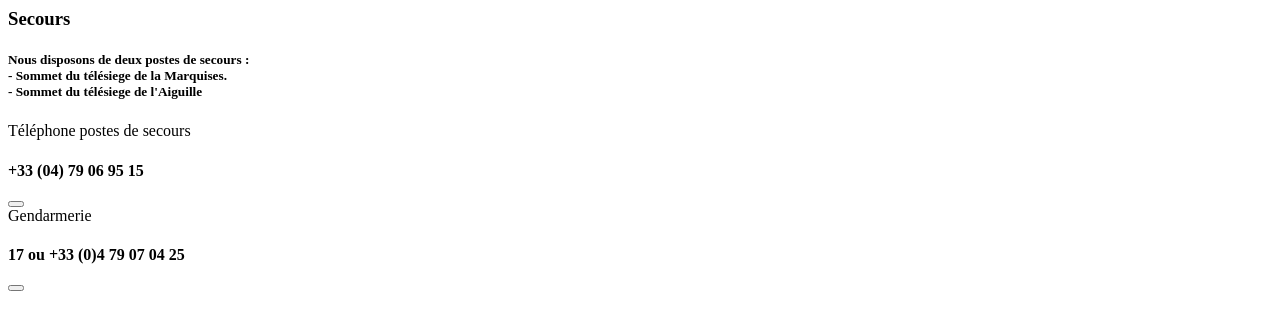
Repository: numericgraphics/Rosiere_Service
Page: www/templates/secours.html
The author's editor kept a record of every edit. The page is drawn from the files as they stood at one moment, then again after the next edit.
The browser window is 1280 px wide. The pictures show the whole page.

Above is the page before.

After the next edit:
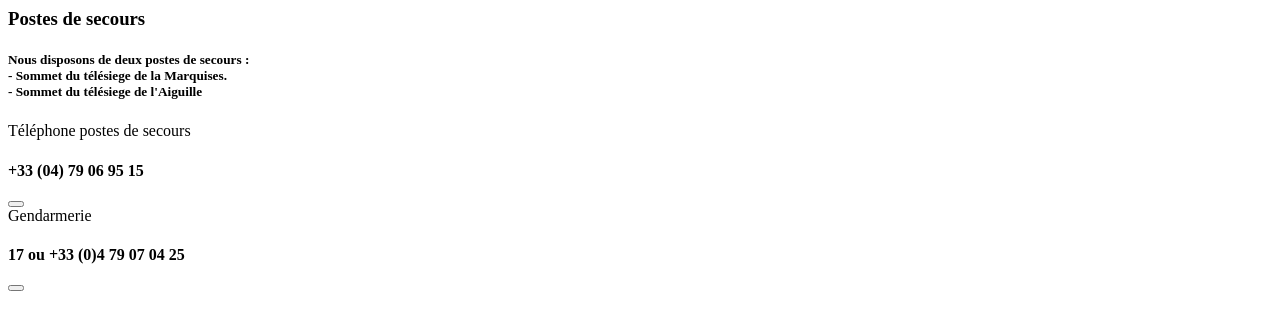
The edit:
--- a/www/templates/secours.html
+++ b/www/templates/secours.html
@@ -6,7 +6,7 @@
         <ion-content has-header="true" padding="true" has-footer="true">
         <!--<div class="row" style="text-align:center;"><h3><i class="icon ion-medkit"></i></h3><h3> Postes de Secours</h3></div>-->
 
-        <h3 class="item"><i class="icon ion-medkit"></i>Secours</h3 >
+        <h3 ><i class="icon ion-medkit"></i> Postes de secours</h3 >
 
 
           <h5>Nous disposons de deux postes de secours : </br>- Sommet du télésiege de la Marquises.</br>- Sommet du télésiege de l'Aiguille</h5>
